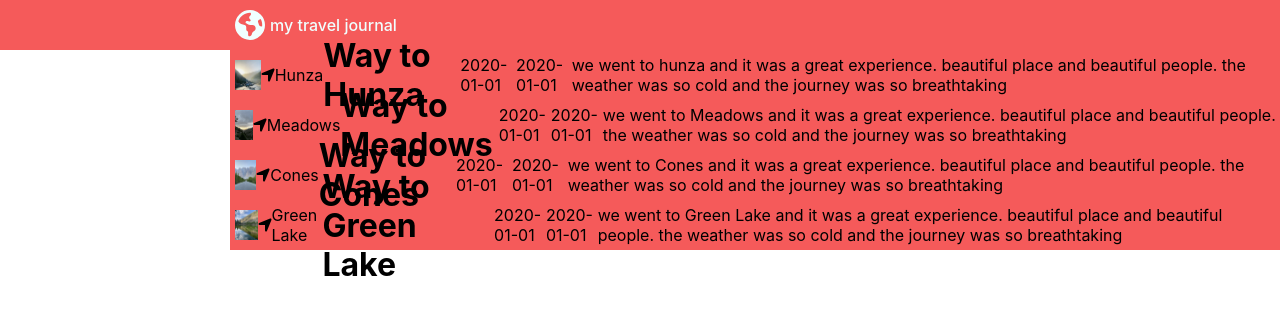
Repository: mortiestmorty1/travel-journal
Page: /
An editor plug-in stored every save of this project. The page is shown before and after the next save, followed by the edit.
The browser window is 1280 px wide. The pictures show the whole page.
The project was rebuilt for these pictures with package versions that can differ from the ones it lists, and the page was loaded fresh each time.

Above is the page before, as saved 2024-01-17 14:44:03.

After the next save:
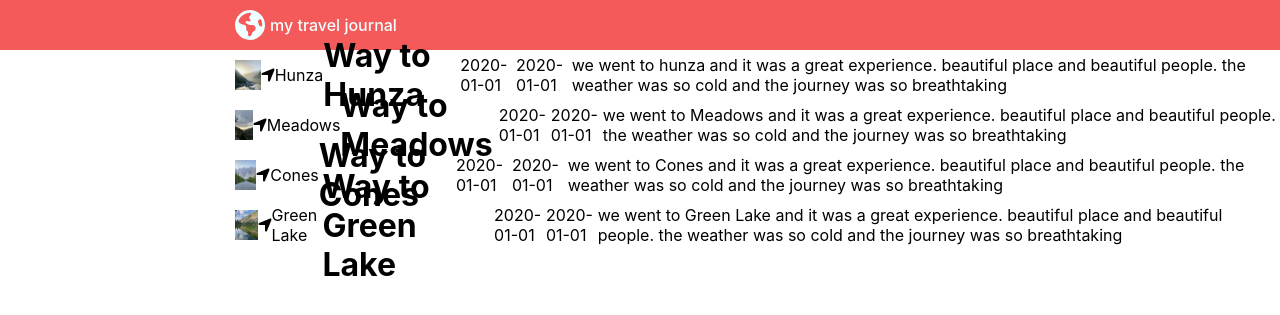
Saved 9 s later.
--- a/src/App.css
+++ b/src/App.css
@@ -27,7 +27,7 @@
   display: flex;
   justify-content: space-between;
   align-items: center;
-  background-color: #F55A5A;
+
   height: 50px;
   margin-left: 230px;
 }
